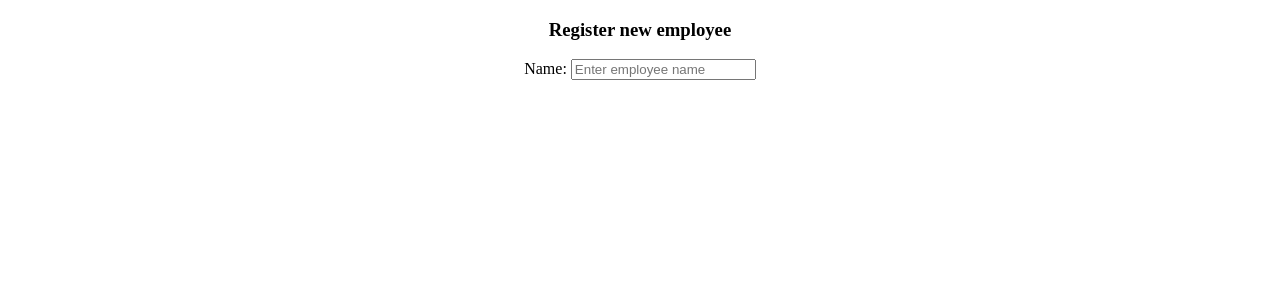
Repository: ArmanAli-cmd/EmployeeProjectDepartmentApplication
Page: http://localhost/EmployeeProjectDepartmentMVCApplication/views/employee-signup.jsp
The author's editor kept a copy of each file at every save. The page is drawn from the files as they stood at one save, then again after the next save.
The browser window is 1280 px wide. The pictures show the whole page.
The page is served by Tomcat 9. Other server files are loaded and not shown.

Above is the page before, as saved 2024-01-17 10:19:57.

### EmployeeProjectDepartmentMVCApplication/src/main/webapp/views/employee-signup.jsp
<%@ page language="java" contentType="text/html; charset=ISO-8859-1"
    pageEncoding="ISO-8859-1"%>
<!DOCTYPE html>
<html>
<head>
<meta charset="ISO-8859-1">
<title>Employee Sign Up Page</title>
</head>
<body style="text-align: center;">
<h3>Register new employee</h3>
<form action="/employees/add" method="post">
Name: <input type="text" name="name" placeholder="Enter employee name" required>

</form>

</body>
</html>

After the next save:
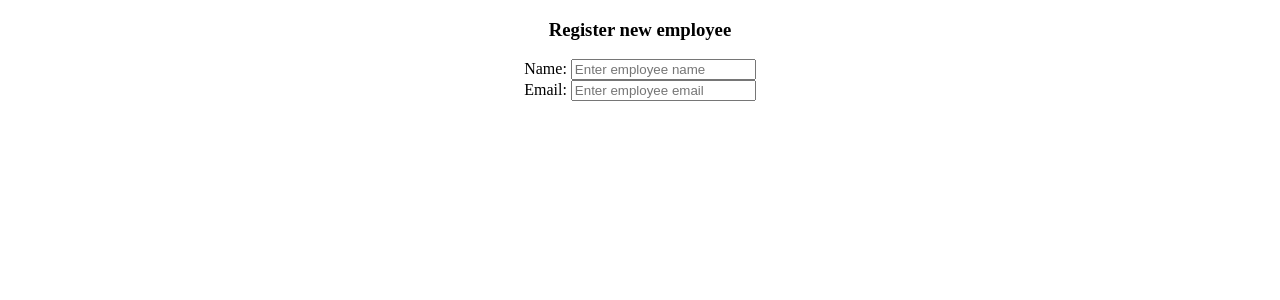
Saved 31 s later.
--- a/EmployeeProjectDepartmentMVCApplication/src/main/webapp/views/employee-signup.jsp
+++ b/EmployeeProjectDepartmentMVCApplication/src/main/webapp/views/employee-signup.jsp
@@ -9,8 +9,8 @@
 <body style="text-align: center;">
 <h3>Register new employee</h3>
 <form action="/employees/add" method="post">
-Name: <input type="text" name="name" placeholder="Enter employee name" required>
-
+Name: <input type="text" name="name" placeholder="Enter employee name" required><br>
+Email: <input type="text" name="email" placeholder="Enter employee email" required><br>
 </form>
 
 </body>
